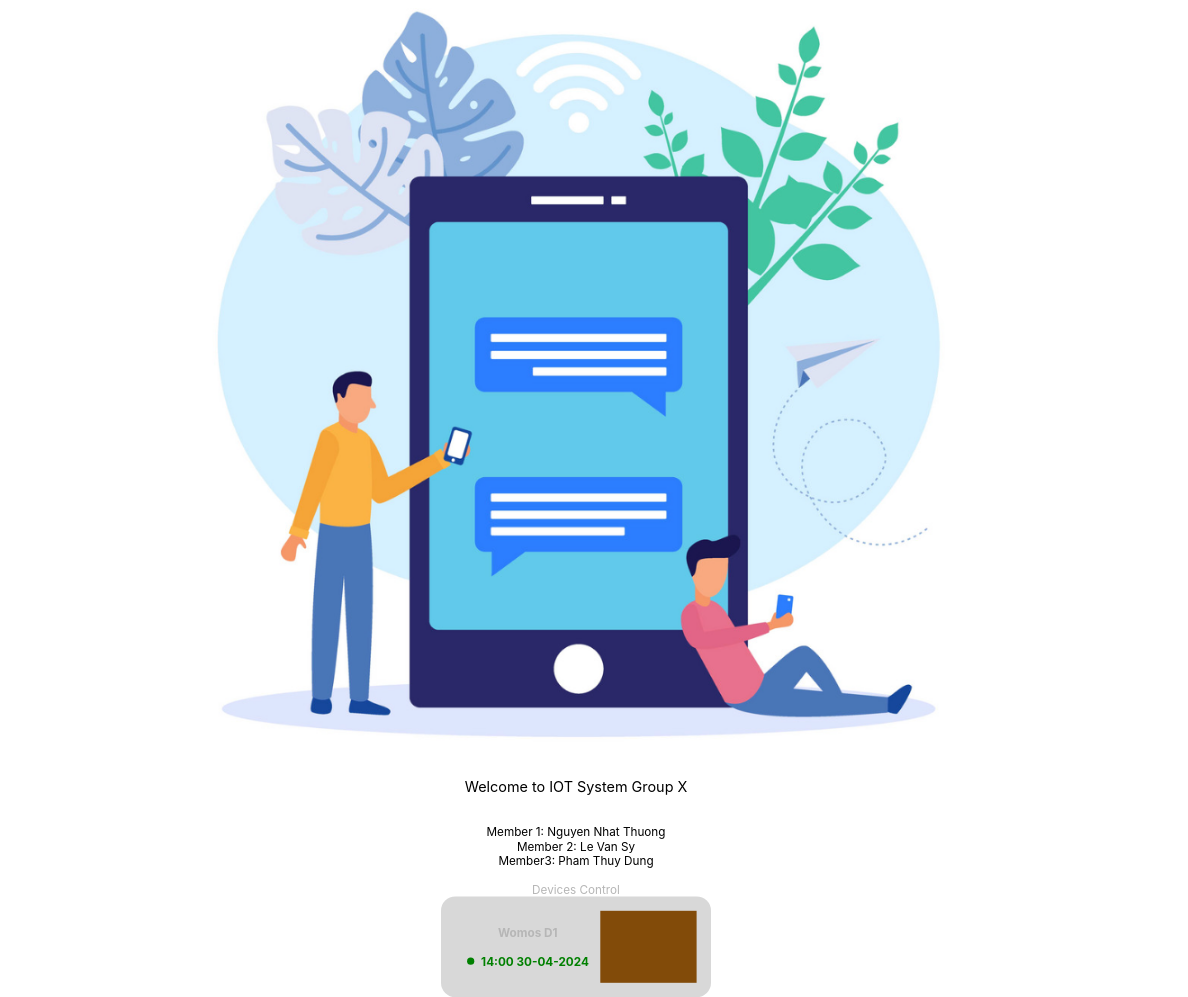
Repository: ngnhthuong/IOT_LAB
Page: /
The author's editor kept a copy of each file at every save. The page is drawn from the files as they stood at one save, then again after the next save.
The browser window is 1280 px wide. The page is 1280 px wide, then 1320 px, so the pictures cover 1320 px, including what lies to the right of the window. The pictures show the whole page, at 90% of full size.
The project was rebuilt for these pictures with package versions that can differ from the ones it lists, and the page was loaded fresh each time.

Above is the page before, as saved 2024-04-23 15:03:31.

After the next save:
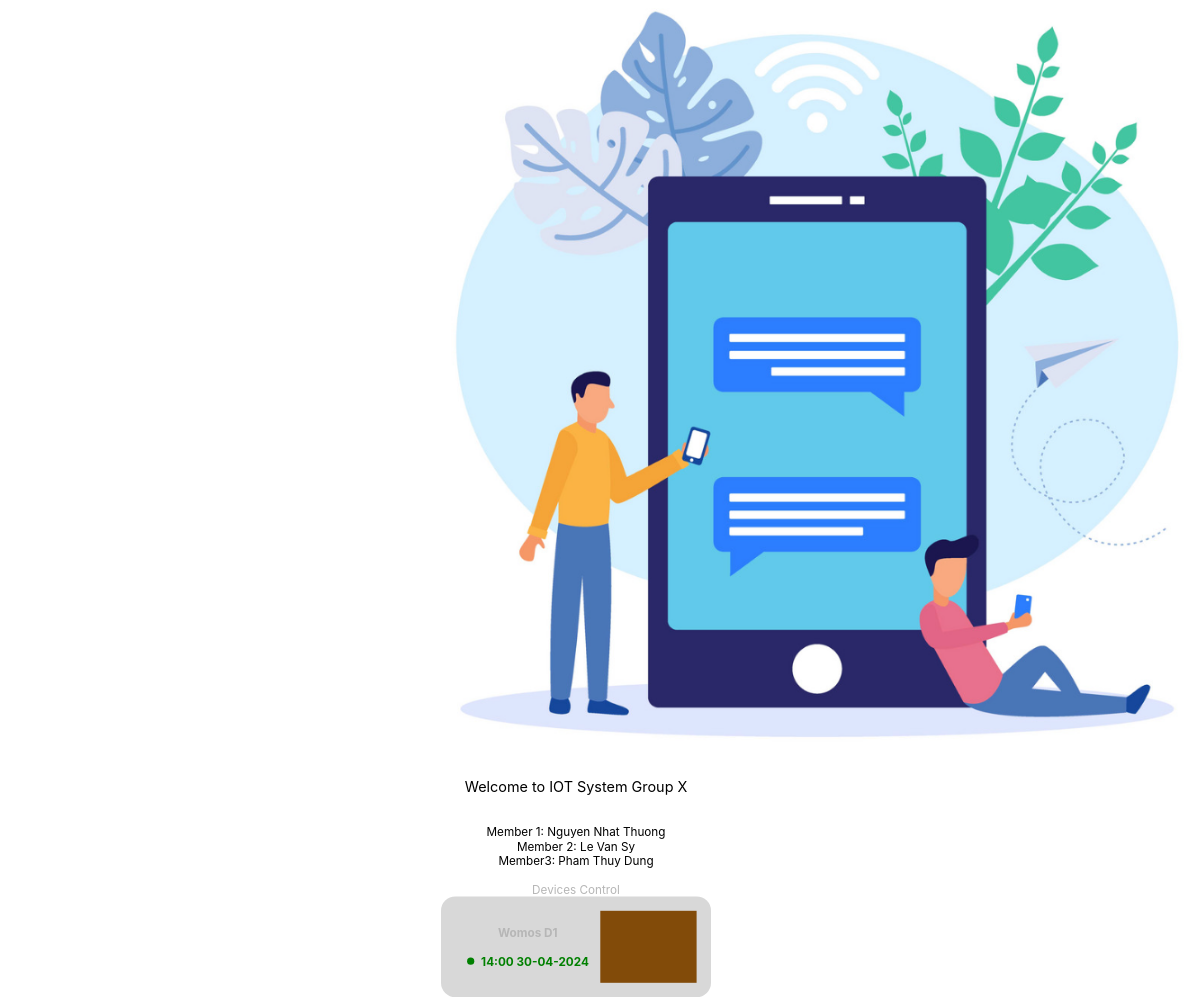
Saved 14 s later.
--- a/src/App.css
+++ b/src/App.css
@@ -90,5 +90,6 @@
 }
 
 .back-head{
-
+  width: 300px;
+  height: ;
 }
